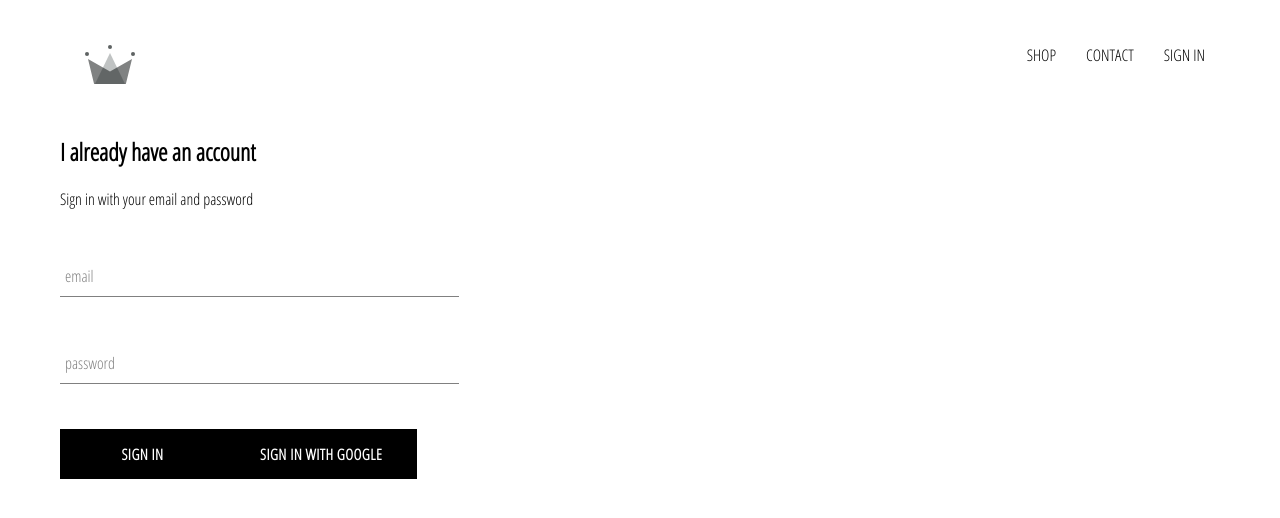
Repository: chonax/crwn-clothing
Page: /signin
An editor plug-in stored every save of this project. The page is shown before and after the next save, followed by the edit.
The browser window is 1280 px wide. The pictures show the whole page.
The project was rebuilt for these pictures with package versions that can differ from the ones it lists, and the page was loaded fresh each time. Also part of the build but not shown: src/components/menu-item/menu-item.styles.scss, src/components/menu-item/menu-item.component.jsx, src/components/directory/directory.styles.scss, src/components/directory/directory.component.jsx, src/pages/homepage/homepage.styles.scss, src/pages/homepage/homepage.component.jsx, src/pages/shop/shop.data.js, src/components/collection-item/collection-item.styles.scss and 4 more.

Above is the page before, as saved 2021-01-23 19:10:00.

After the next save:
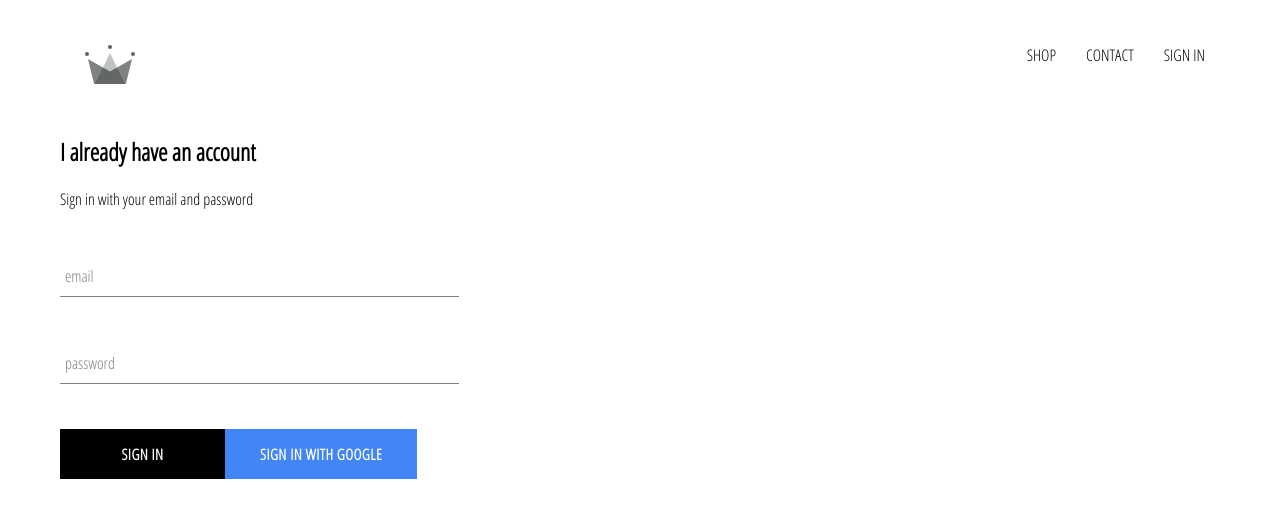
Saved 11 s later.
--- a/src/components/sign-in/sign-in.component.jsx
+++ b/src/components/sign-in/sign-in.component.jsx
@@ -52,7 +52,7 @@ class SignIn extends React.Component {
             required
           />
           <CustomButton type="submit" value="Submit Form"> Sign in </CustomButton>
-          <CustomButton onClick={signInWithGoogle}> Sign in with Google </CustomButton>
+          <CustomButton onClick={signInWithGoogle} isGoogleSignIn> Sign in with Google </CustomButton>
         </form>
       </div>
     );
